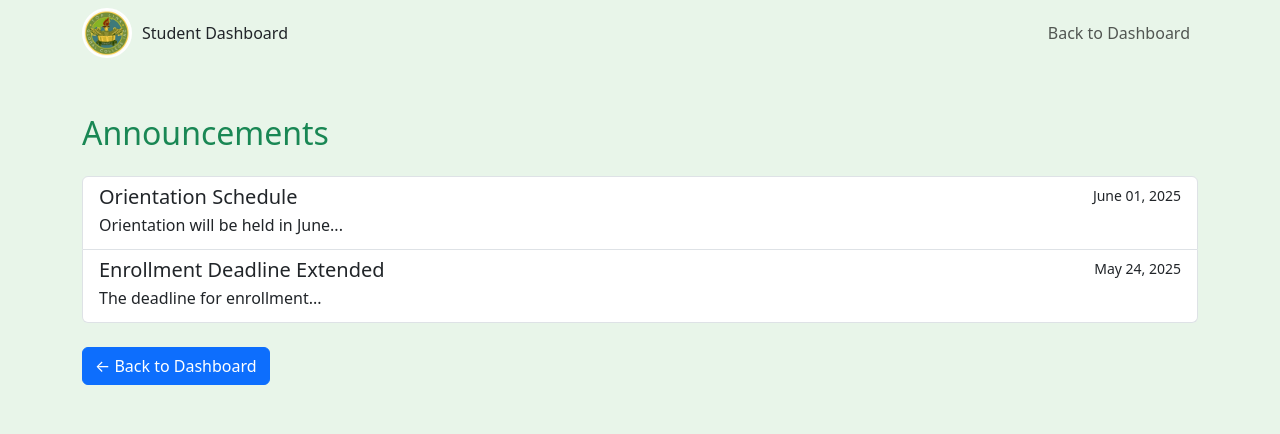
Repository: partymaker01/IT2C_Enrollment_System_SourceCode
Page: http://localhost/IT2C_Enrollment_System_SourceCode/student/Support&Notices/View Announcements.php
An editor plug-in stored every save of this project. The page is shown before and after the next save, followed by the edit.
The browser window is 1280 px wide. The pictures show the whole page.
The page is run by PHP 8.4 with error messages shown; the project is at /var/www/html/. The database holds what the project's SQL file puts in it.

Above is the page before, as saved 2025-06-01 23:04:35.

After the next save:
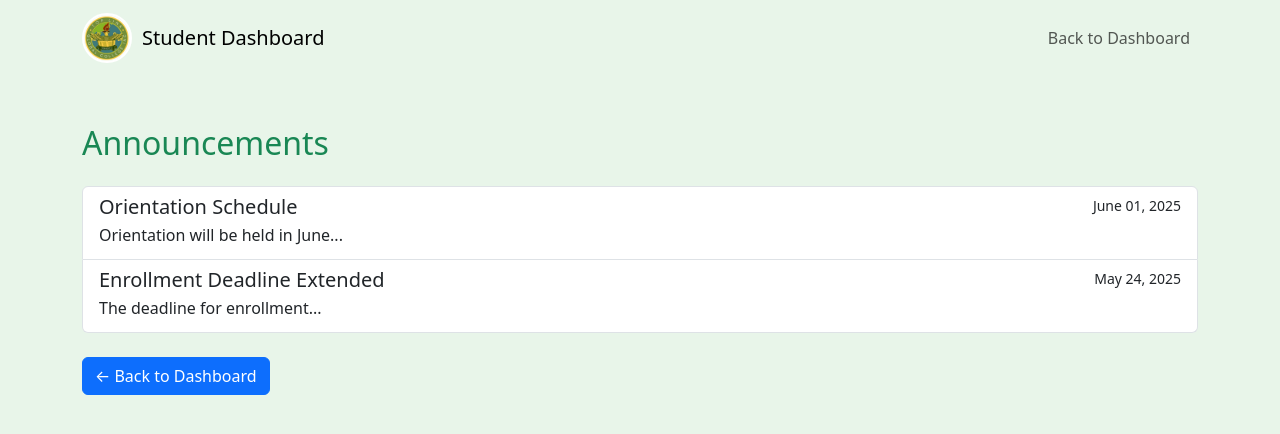
Saved 63 s later.
--- a/student/Support&Notices/View Announcements.php
+++ b/student/Support&Notices/View Announcements.php
@@ -64,9 +64,10 @@
 </head>
 <body>
   <nav class="navbar navbar-expand-lg">
-    <div class="container">
+  <div class="container">
+    <a class="navbar-brand d-flex align-items-center" href="#">
       <img src="/IT2C_Enrollment_System_SourceCode/picture/tlgc_pic.jpg" alt="School Logo" class="school-logo">
-        Student Dashboard
+      Student Dashboard
       </a>
       <button class="navbar-toggler" type="button" data-bs-toggle="collapse" data-bs-target="#navbarNav"
         aria-controls="navbarNav" aria-expanded="false" aria-label="Toggle navigation">
